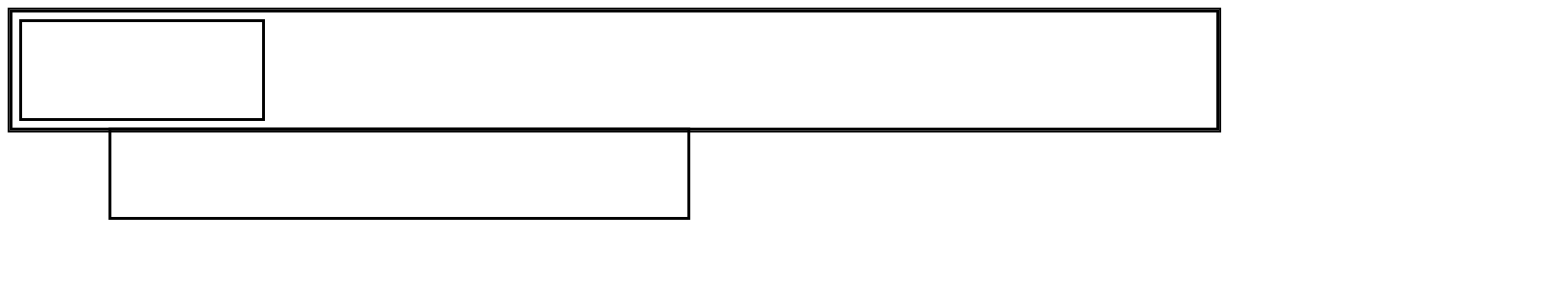
Repository: cartervandekamp/htmlstructure.mdia2003
Page: htmlstructure-psd/index.html
These files come from the project's save history. The page is drawn as it stood at one moment and after a run of saves; the edit follows.
The browser window is 1280 px wide. The page is 1280 px wide, then 1619 px, so the pictures cover 1619 px, including what lies to the right of the window. The pictures show the whole page, at 96% of full size.

Above is the page before, as saved 2023-01-16 18:03:16.

### htmlstructure-psd/index.html
<!DOCTYPE html>
<html lang="en">
<head>
    <title>Document</title>
    <link rel="stylesheet" href="style.css">
</head>
<body>
    <div class="toprow">
        <div class="topleft"></div>
        <div class="topmiddle"></div>
        <div class="topright"></div>
    </div>
    <div class="thinbar"></div>
    <div class="secondrow">
        <div class="secondleft"></div>
        <div class="secondmiddle"></div>
        <div class="secondright"></div>
    </div>
    <div class="middlecontent">
        <div class="middleleftone">
            <div class="titletextone"></div>
            <div class="bodytextone"></div>
            <div class="footerone"></div>
        </div>
        <div class="middlelefttwo">
            <div class="titletexttwo"></div>
            <div class="bodytexttwo"></div>
            <div class="footertwo"></div>
        </div>
    </div>
    <div class="middlerightone"></div>
    <div class="middlerighttwo"></div>
    <div class="middlerightthree"></div>
    <div class="middletextfour"></div>
<div class="footer">
    <div class="footertitle"></div>
    <div class="footercontent">
        <div class="footercontentone"></div>
        <div class="footercontenttwo"></div>
        <div class="footercontentthree"></div>
        <div class="footercontentfour"></div>
    </div>
    <div class="footerbottom"></div>
</div>

</body>
</html>

### htmlstructure-psd/style.css
body {
    border-style: solid;
    border-color: black;
    border-width: 2px;
}

.toprow {
    height: 120px;
    border-style: solid;
    border-color: black;
}

.topleft {
    height: 100px;
    width: 250px;
    margin: 7px;
    border-style: solid;
    border-color: black;
}

.topmiddle {
    height: 90px;
    width: 600px;
    border-style: solid;
    border-color: black;
    align-items: center;
    margin-left: 100px;
}

After the next 2 saves:
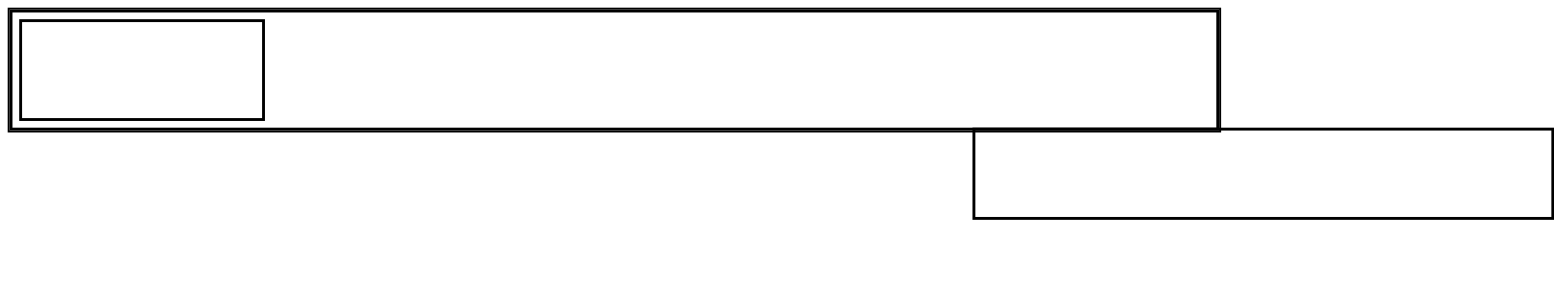
The 2 saves are shown as one change because they came seconds apart.
The last was saved 11 s later.
--- a/htmlstructure-psd/style.css
+++ b/htmlstructure-psd/style.css
@@ -24,5 +24,5 @@ body {
     border-style: solid;
     border-color: black;
     align-items: center;
-    margin-left: 100px;
+    margin-left: 1000px;
 }
